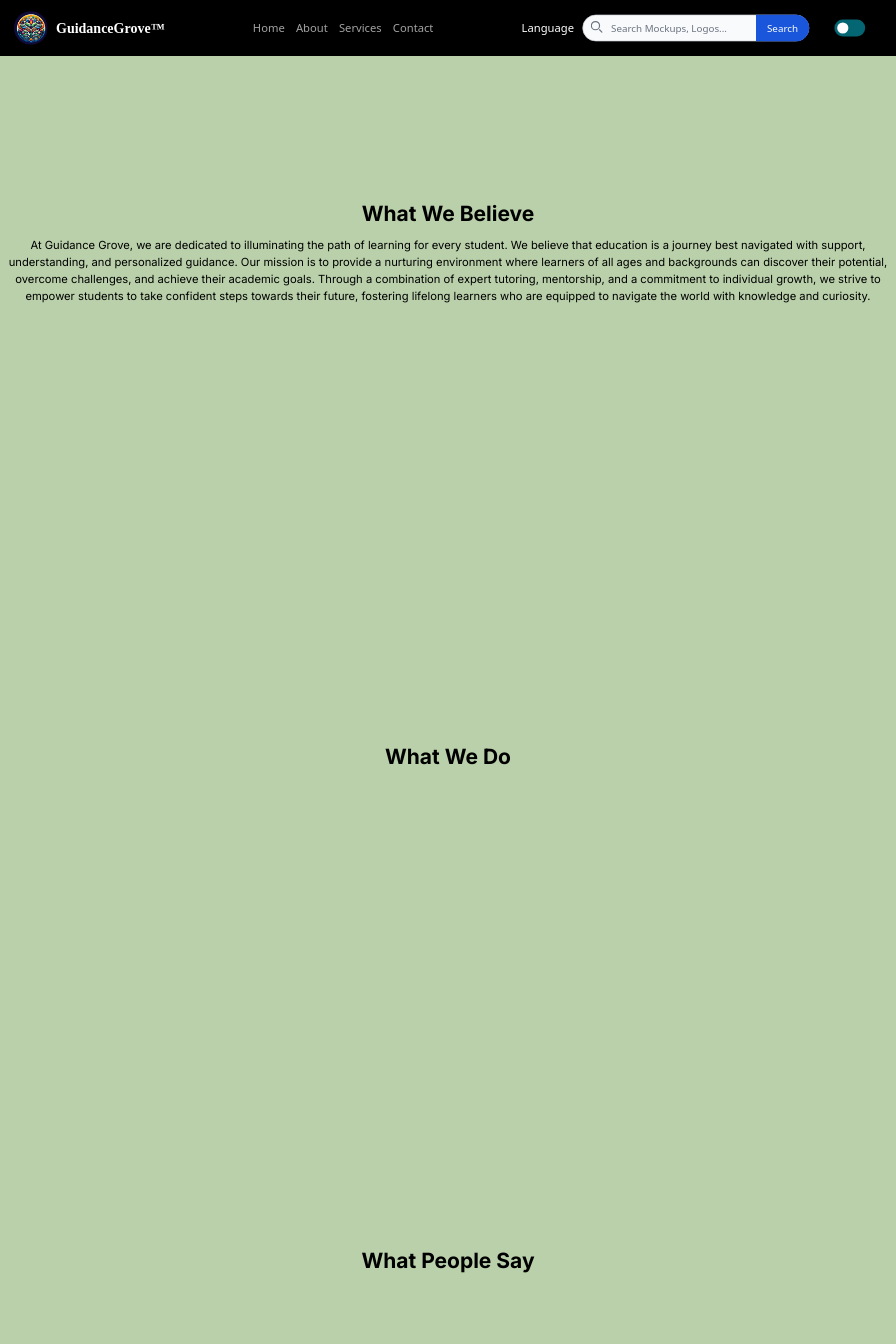
Repository: PositiveGuy/GuidanceGrove
Page: /
The author's editor kept a copy of each file at every save. The page is drawn from the files as they stood at one save, then again after the next save.
The browser window is 1280 px wide. The pictures show the part of the page from y = 0 to 1920 px (the page is 3874 px tall), at 70% of full size.
The project was rebuilt for these pictures with package versions that can differ from the ones it lists, and the page was loaded fresh each time. The framework's server and built-in components were replaced by stand-ins that run in the browser. Also part of the build but not shown: next.config.js.

Above is the page before, as saved 2023-12-28 16:12:51.

### src/app/layout.tsx
import React from 'react';
import Header from '../components/header';
import Footer from '../components/footer';
import { Inter } from 'next/font/google';
import './globals.css';
import { ThemeContextProvider } from '@/context/ThemeContext';
import ThemeProvider from '@/providers/ThemeProvider';
import ThemeWrapper from '@/components/ThemeWrapper';

//font
const inter = Inter({ subsets: ['latin'] });



//header and footer layout
const RootLayout = ({ children }: { children: React.ReactNode }) => {
  return (
    <html lang='en'>
      <body>
        <ThemeContextProvider>
          <ThemeProvider>
            <Header />
            <ThemeWrapper>
              <main className={inter.className}>{children}</main>
            </ThemeWrapper>
            <Footer />
          </ThemeProvider>
        </ThemeContextProvider>
      </body>
    </html>
  );
};

export default RootLayout;

### src/app/page.tsx
import React from 'react';
//components import
import BelieveSection from '../components/BelieveSection';
import ServicesSection from '../components/ServicesSection';
import TestimonialsSection from '../components/TestimonialsSection';
import CallToActionSection from '../components/CallToActionSection';
import ContactSection from '../components/ContactSection';


//page layout
const Page = () => {
  return (
    <>
      <BelieveSection />
      <ServicesSection />
      <TestimonialsSection />
      <CallToActionSection />
      <ContactSection />
    </>
  );
};

export default Page;

### src/components/header.tsx
"use client"
import { useState } from "react";
import MobileNavigation from "./MobileNavigation";
import ThemeToggle from "./ThemeToggle";
import SearchBar from "./SearchBar";
import { Navbar } from "flowbite-react";


const Header = () => {

  return (
    <>
      <nav className="hidden fixed z-50 w-full h-20 md:flex justify-between items-center p-5 bg-black">
        {/* Left Side: Logo and GuidanceGrove™ */}
        <div className="flex items-center space-x-3">
          <img src="/Logo/guidance-grove-logo.png" alt="Guidance Grove Logo" className="h-12 w-12 rounded-full" />
          <div className="text-xl font-caveat font-bold text-white">
            GuidanceGrove™
          </div>
        </div>

        {/* Center: Navigation Links */}
        <div>
          <ul className="hidden lg:flex space-x-4">
            <li><a href="/" className="text-neutral-400 hover:text-white">Home</a></li>
            <li><a href="/about" className="text-neutral-400 hover:text-white">About</a></li>
            <li><a href="/services" className="text-neutral-400 hover:text-white">Services</a></li>
            <li><a href="/contact" className="text-neutral-400 hover:text-white">Contact</a></li>
          </ul>
        </div>

        {/* Right Side: Placeholders for Language, Search, and Dark Mode Toggle */}
        <div className="flex items-center space-x-3">
          <div className="text-white">Language</div>
          <SearchBar />
          <ThemeToggle />

        </div>
      </nav>


      {/*Mobile Navbar*/}
      <MobileNavigation />


    </>
  );
};

export default Header;

### src/components/footer.tsx
import Image from "next/image";

const Footer = () => {
  return (
    <footer className="p-5 bg-black shadow-inner text-center">
      <div className="flex justify-center space-x-8 mt-10">
        {/* Placeholder for social icons */}
        <Image src={"/SVGs/ig.svg"} width={50} height={50} alt="ig"></Image>
        <Image src={"/SVGs/fb.svg"} width={50} height={50} alt="fb"></Image>
        <Image src={"/SVGs/tw.svg"} width={50} height={50} alt="tw"></Image>
        <Image src={"/SVGs/wa.svg"} width={50} height={50} alt="wa"></Image>
        <Image src={"/SVGs/yt.svg"} width={50} height={50} alt="in"></Image>
      </div>

      <div className="flex justify-center space-x-1 mb-10 text-teal-50">
        <div className="mt-20">
          ©2023; designed with love and care by
        </div>
        <div className="mt-20 font-caveat">
          GuidanceGrove™
        </div>
      </div>
    </footer>
  );
};
//make GuidanceGrove in font Caveat
export default Footer;

### src/app/globals.css
@tailwind base;
@tailwind components;
@tailwind utilities;

:root {
  --foreground-rgb: 0, 0, 0;
  --background-start-rgb: 214, 219, 220;
  --background-end-rgb: 255, 255, 255;
}

@media (prefers-color-scheme: dark) {
  :root {
    --foreground-rgb: 255, 255, 255;
    --background-start-rgb: 0, 0, 0;
    --background-end-rgb: 0, 0, 0;
  }
}

body {
  color: rgb(var(--foreground-rgb));
  background: linear-gradient(
      to bottom,
      transparent,
      rgb(var(--background-end-rgb))
    )
    rgb(var(--background-start-rgb));
}

.custom-shadow {
    box-shadow: 0 2px 4px rgba(0, 0, 0, 0.2);
}

### src/context/ThemeContext.tsx
"use client"
import { createContext, useState, ReactNode, useEffect } from "react"

interface ChildrenProps {
    children: ReactNode
}

interface ThemeContextType {
    theme: string
    toggle: () => void
}

// This component is responsible to registering and remembering what theme was chosen by the user
// we use local storage for that
export const ThemeContext = createContext<ThemeContextType>({
    theme: "light",
    toggle: () => { },
})

function getFromLocalStorage() {
    if (typeof window === "undefined") {
        return "light";
    }
    const storedTheme = localStorage.getItem("theme");
    console.log("Initial theme from localStorage:", storedTheme); // Debug log
    return storedTheme || "light";
}


export const ThemeContextProvider = ({ children }: ChildrenProps) => {
    const [theme, setTheme] = useState<string>(getFromLocalStorage)

    // since next.js uses server side rendering, we must specify if the transition to client is completed
    const toggle = () => {
        setTheme(prevTheme => prevTheme === "light" ? "dark" : "light");
    };



    useEffect(() => {
        console.log("Updating theme in localStorage to:", theme); // Debug log
        localStorage.setItem("theme", theme);
    }, [theme]);



    return <ThemeContext.Provider value={{ theme, toggle }}>{children}</ThemeContext.Provider>
}

### src/providers/ThemeProvider.tsx
"use client"

import { ThemeContext } from "@/context/ThemeContext"
import { useState, useEffect, useContext, ReactNode } from "react"


interface ChildrenProps {
    children: ReactNode
}

// this component is created to keep the layout/page as server side rendered.
// useContext() requires you to have "use client"

export default function ThemeProvider({ children }: ChildrenProps) {
    const { theme } = useContext(ThemeContext)
    const [mounted, setMounted] = useState(false)

    useEffect(() => {
        setMounted(true)
    }, [])

    if (mounted) {
        return <div className={theme}>{children}</div>
    }
    return <div className={theme}>{children}</div>
}

### src/components/ThemeWrapper.tsx
"use client"
import React, { useContext } from 'react';
import { ThemeContext } from '@/context/ThemeContext';

const ThemeWrapper = ({ children }: { children: React.ReactNode }) => {
    const { theme } = useContext(ThemeContext);

    return (
        <div className={`${theme === "light" ? " bg-sage text-black" : "bg-gray-700 text-slate-400"}`}>
            {children}
        </div>
    );
};

export default ThemeWrapper;

### src/components/BelieveSection.tsx
"use client"
import { ThemeContext } from "@/context/ThemeContext";
import { useContext } from "react";

const BelieveSection = () => {
  const { theme } = useContext(ThemeContext)
  return (
    <div id="believe" className={`h-screen flex items-center justify-center`}>
      <div className="text-center">
        <h2 className="text-3xl font-bold">What We Believe</h2>
        <p className="mt-4">At Guidance Grove, we are dedicated to illuminating the path of learning for every student.
          We believe that education is a journey best navigated with support, understanding, and personalized guidance.
          Our mission is to provide a nurturing environment where learners of all ages and backgrounds
          can discover their potential, overcome challenges, and achieve their academic goals.
          Through a combination of expert tutoring, mentorship, and a commitment to individual growth,
          we strive to empower students to take confident steps towards their future,
          fostering lifelong learners who are equipped to navigate the world with knowledge and curiosity.</p>
      </div>
    </div>
  );
};

export default BelieveSection;

### src/components/ServicesSection.tsx
"use client"
import { ThemeContext } from "@/context/ThemeContext";
import { useContext } from "react";

const ServicesSection = () => {
  const { theme } = useContext(ThemeContext)
  return (
    <div id="services" className={`h-screen flex items-center justify-center  `}>
      <div className="text-center">
        <h2 className="text-3xl font-bold">What We Do</h2>
        {/* Add service details here */}
      </div>
    </div>
  );
};

export default ServicesSection;

### src/components/TestimonialsSection.tsx
"use client"
import { ThemeContext } from "@/context/ThemeContext";
import { useContext } from "react";

const TestimonialsSection = () => {
  const { theme } = useContext(ThemeContext)
  return (
    <div id="testimonials" className={`h-screen flex items-center justify-center   `}>
      <div className="text-center">
        <h2 className="text-3xl font-bold">What People Say</h2>
        {/* Add testimonials here */}
      </div>
    </div>
  );
};

export default TestimonialsSection;

### src/components/CallToActionSection.tsx
"use client"
import { ThemeContext } from "@/context/ThemeContext";
import { useContext } from "react";

const CallToActionSection = () => {
  const { theme } = useContext(ThemeContext)
  return (
    <div id="cta" className={`h-screen flex items-center justify-center  `}>
      <div className="container mx-auto px-4 sm:px-6 lg:px-8">
        <div className="flex flex-wrap -mx-4 items-center">
          <div className="text-left lg:w-1/2 px-4 mb-4 lg:mb-0">
            <h2 className="text-5xl font-bold">Payments tool for software companies</h2>
            <p className="mt-2 text-lg">From checkout to global sales tax compliance, companies around the world use Flowbite to simplify their payment stack.</p>
            <button className="mt-4 bg-blue-500 text-white py-2 px-4 rounded hover:bg-blue-700">
              Get started ➤
            </button>
          </div>
          <div className="lg:w-1/2 px-4 flex justify-center lg:justify-end">
            <img src="DALLE/career.png" alt="Software Payment Tool" className="object-contain lg:object-cover h-80 w-full lg:w-auto rounded-lg shadow-lg" />
          </div>
        </div>
      </div>
    </div>
  );
};

export default CallToActionSection;

### src/components/ContactSection.tsx
"use client"
import { ThemeContext } from "@/context/ThemeContext";
import { useContext } from "react";

const ContactSection = () => {
  const { theme } = useContext(ThemeContext)
  return (
    <div id="contact" className={`h-screen flex items-center justify-center  `}>
      <div className="text-center">
        <h2 className="text-3xl font-bold">Contact Us</h2>
        {/* Add contact form or information here */}
      </div>
    </div>
  );
};

export default ContactSection;

### src/components/MobileNavigation.tsx
import { Navbar } from 'flowbite-react';
import Link from 'next/link';
import { useState } from 'react';
import ThemeToggle from './ThemeToggle';
import SearchBar from './SearchBar';

export default function MobileNavigation() {


    return (
        <Navbar className='flex sm:flex md:flex lg:hidden w-full h-20 justify-between items-center p-5 bg-black fixed z-50'       >

            <div className="flex items-center space-x-3">
                <img src="/Logo/guidance-grove-logo.png" alt="Guidance Grove Logo" className="h-12 w-12 rounded-full" />

            </div>

            <div className='flex'>
                <div className='hidden'>
                    <SearchBar />
                </div>
                <ThemeToggle />
                <Navbar.Toggle className="bg-black    sm:flex md:flex lg:hidden" />

                <Navbar.Collapse className='bg-white absolute top-[5rem] '>
                    <SearchBar />
                    <Navbar.Link href="#">Home</Navbar.Link>
                    <Navbar.Link href="#">About</Navbar.Link>
                    <Navbar.Link href="#">Service</Navbar.Link>
                    <Navbar.Link href="#">Contact</Navbar.Link>
                    <Navbar.Link href="#">Language</Navbar.Link>
                </Navbar.Collapse>
            </div>
        </Navbar>
    );
}

### src/components/ThemeToggle.tsx
"use client"
import { useContext } from 'react'
import { Switch } from '@headlessui/react'
import { ThemeContext } from '@/context/ThemeContext'

export default function Example() {
    const { toggle, theme } = useContext(ThemeContext)

    // Determine if the switch should be on or off based on the current theme
    const isDarkMode = theme === 'dark'

    return (
        <div className="flex items-center justify-center p-6"> {/* Adjusted for centering */}
            <Switch
                checked={isDarkMode}
                onChange={toggle} // Use the toggle function from context
                className={`${isDarkMode ? 'bg-teal-900' : 'bg-teal-700'}
                    relative inline-flex items-center h-6 rounded-full w-11 transition-colors focus:outline-none`}
            >
                <span className="sr-only">Toggle theme</span>
                <span
                    aria-hidden="true"
                    className={`${isDarkMode ? 'translate-x-6' : 'translate-x-1'}
                        inline-block w-4 h-4 transform bg-white rounded-full transition-transform`}
                />
            </Switch>
        </div>
    )
}

### src/components/SearchBar.tsx
export default function SearchBar() {
    return (
        <form className="flex items-center">
            <div className="relative w-full">
                {/* Search Icon */}
                <div className="absolute inset-y-0 left-0 flex items-center pl-3">
                    <svg className="w-5 h-5 text-gray-500 dark:text-gray-400" xmlns="http://www.w3.org/2000/svg" fill="none" viewBox="0 0 24 24" stroke="currentColor">
                        <path strokeLinecap="round" strokeLinejoin="round" strokeWidth={2} d="M19 19l-4-4m0-7A7 7 0 1 1 1 8a7 7 0 0 1 14 0z" />
                    </svg>
                </div>

                {/* Input Field */}
                <input
                    type="search"
                    id="default-search"
                    className="block w-full pl-10 pr-20 text-sm text-gray-900 border border-gray-300 rounded-full bg-gray-50 focus:ring-blue-500 focus:border-blue-500 dark:bg-gray-700 dark:border-gray-600 dark:placeholder-gray-400 dark:text-white dark:focus:ring-blue-500 dark:focus:border-blue-500"
                    placeholder="Search Mockups, Logos..."
                    required
                />

                {/* Search Button */}
                <button type="submit" className="text-white absolute right-0 top-0 bottom-0 bg-blue-700 hover:bg-blue-800 focus:ring-4 focus:outline-none focus:ring-blue-300 font-medium rounded-r-full text-sm px-4 py-2 dark:bg-blue-600 dark:hover:bg-blue-700 dark:focus:ring-blue-800">Search</button>
            </div>
        </form>
    );
}

### tailwind.config.ts
import type { Config } from 'tailwindcss'

const config: Config = {
  content: [
    "./node_modules/flowbite-react/lib/**/*.js",
    './src/pages/**/*.{js,ts,jsx,tsx,mdx}',
    './src/components/**/*.{js,ts,jsx,tsx,mdx}',
    './src/app/**/*.{js,ts,jsx,tsx,mdx}',
  ],
  theme: {
    extend: {
      backgroundImage: {
        'gradient-radial': 'radial-gradient(var(--tw-gradient-stops))',
        'gradient-conic':
          'conic-gradient(from 180deg at 50% 50%, var(--tw-gradient-stops))',

      },
      colors: {
        sage: '#B9D0AA',
      },

      fontFamily: {
        caveat: ['Caveat', 'cursive'],
      },

    },

  },
  plugins: [
    require("flowbite/plugin")
  ],
}
export default config

After the next save:
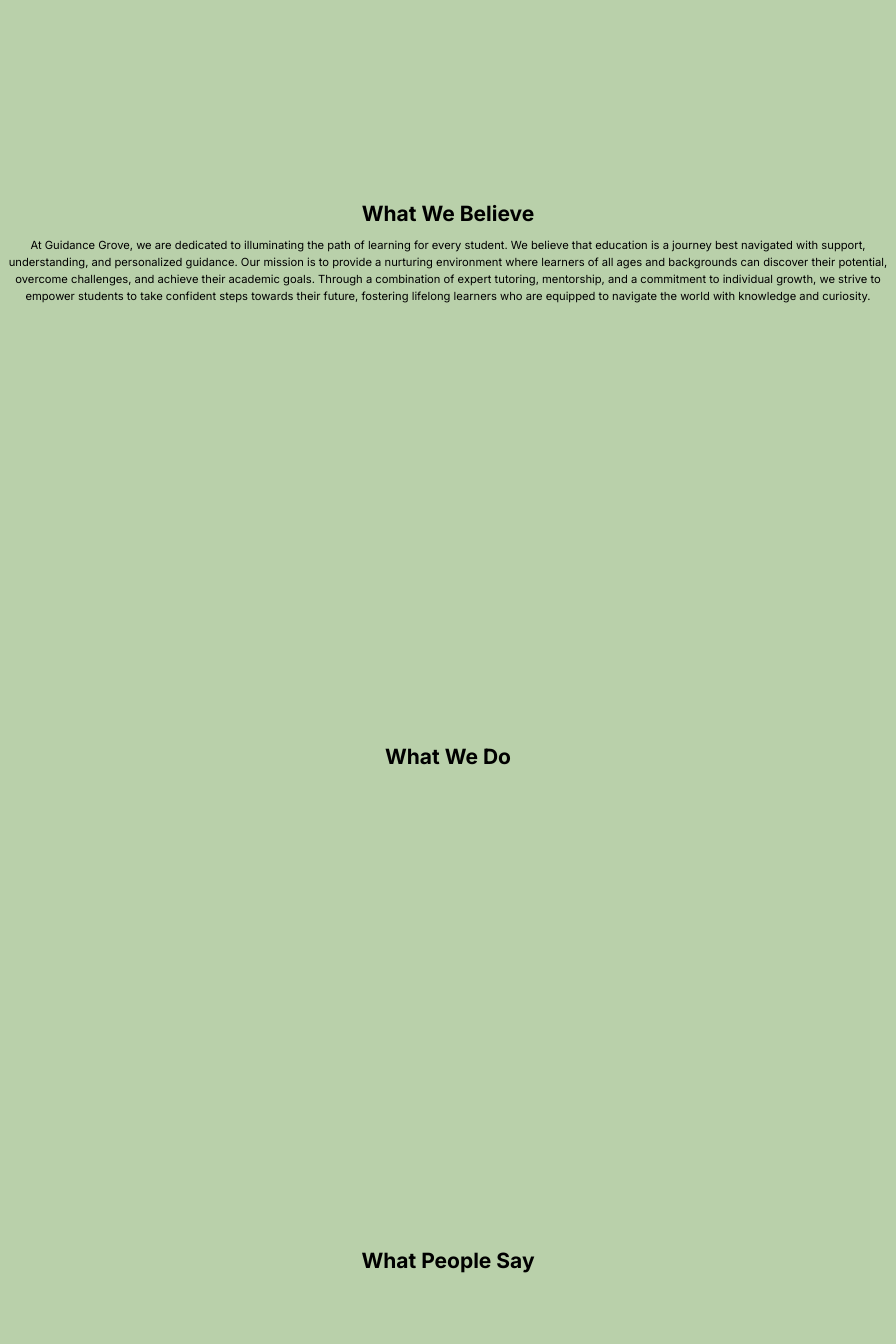
Saved 3 min 33 s later.
--- a/src/components/header.tsx
+++ b/src/components/header.tsx
@@ -10,37 +10,35 @@
 
   return (
     <>
-      <nav className="hidden fixed z-50 w-full h-20 md:flex justify-between items-center p-5 bg-black">
-        {/* Left Side: Logo and GuidanceGrove™ */}
+      <Navbar className='flex sm:flex md:flex lg:hidden w-full h-20 justify-between items-center p-5 bg-black fixed z-50'       >
+
         <div className="flex items-center space-x-3">
           <img src="/Logo/guidance-grove-logo.png" alt="Guidance Grove Logo" className="h-12 w-12 rounded-full" />
-          <div className="text-xl font-caveat font-bold text-white">
-            GuidanceGrove™
-          </div>
+
         </div>
 
-        {/* Center: Navigation Links */}
-        <div>
-          <ul className="hidden lg:flex space-x-4">
-            <li><a href="/" className="text-neutral-400 hover:text-white">Home</a></li>
-            <li><a href="/about" className="text-neutral-400 hover:text-white">About</a></li>
-            <li><a href="/services" className="text-neutral-400 hover:text-white">Services</a></li>
-            <li><a href="/contact" className="text-neutral-400 hover:text-white">Contact</a></li>
-          </ul>
+        <div className='flex'>
+          <div className='hidden'>
+            <SearchBar />
+          </div>
+          <ThemeToggle />
+          <Navbar.Toggle className="bg-black    sm:flex md:flex lg:hidden" />
+
+          <Navbar.Collapse className='bg-white absolute top-[5rem] '>
+            <SearchBar />
+            <Navbar.Link href="#">Home</Navbar.Link>
+            <Navbar.Link href="#">About</Navbar.Link>
+            <Navbar.Link href="#">Service</Navbar.Link>
+            <Navbar.Link href="#">Contact</Navbar.Link>
+            <Navbar.Link href="#">Language</Navbar.Link>
+          </Navbar.Collapse>
         </div>
-
-        {/* Right Side: Placeholders for Language, Search, and Dark Mode Toggle */}
-        <div className="flex items-center space-x-3">
-          <div className="text-white">Language</div>
-          <SearchBar />
-          <ThemeToggle />
-
-        </div>
-      </nav>
+      </Navbar>
 
 
-      {/*Mobile Navbar*/}
-      <MobileNavigation />
+
+      {/* Mobile Navbar
+      <MobileNavigation /> */}
 
 
     </>
